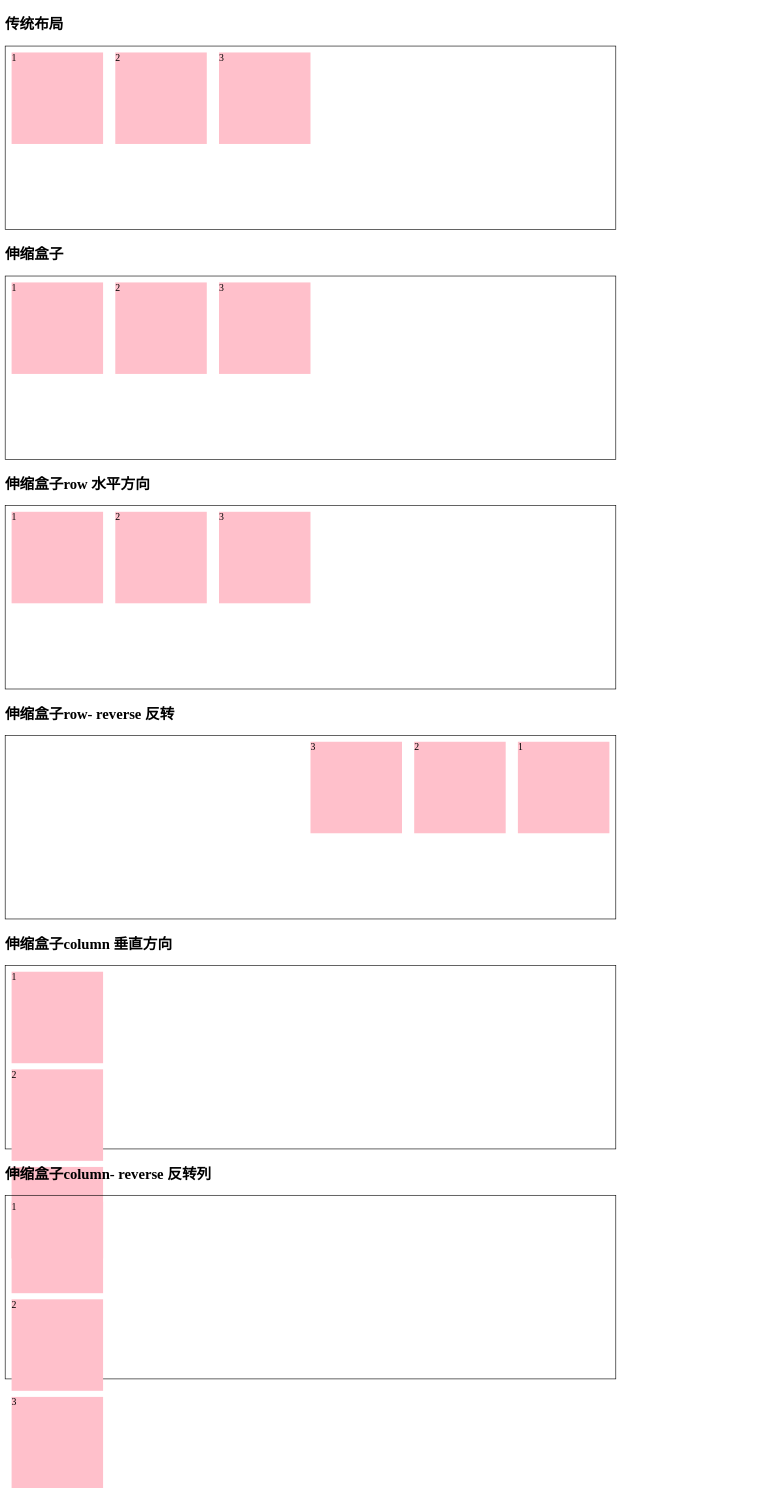
Repository: liuxi0811/web-demo
Page: 伸缩布局.html
These files come from the project's save history. The page is drawn as it stood at one moment and after the next save; the edit follows.
The browser window is 1280 px wide. The pictures show the whole page, at 61% of full size.

Above is the page before, as saved 2020-12-03 18:17:46.

After the next save:
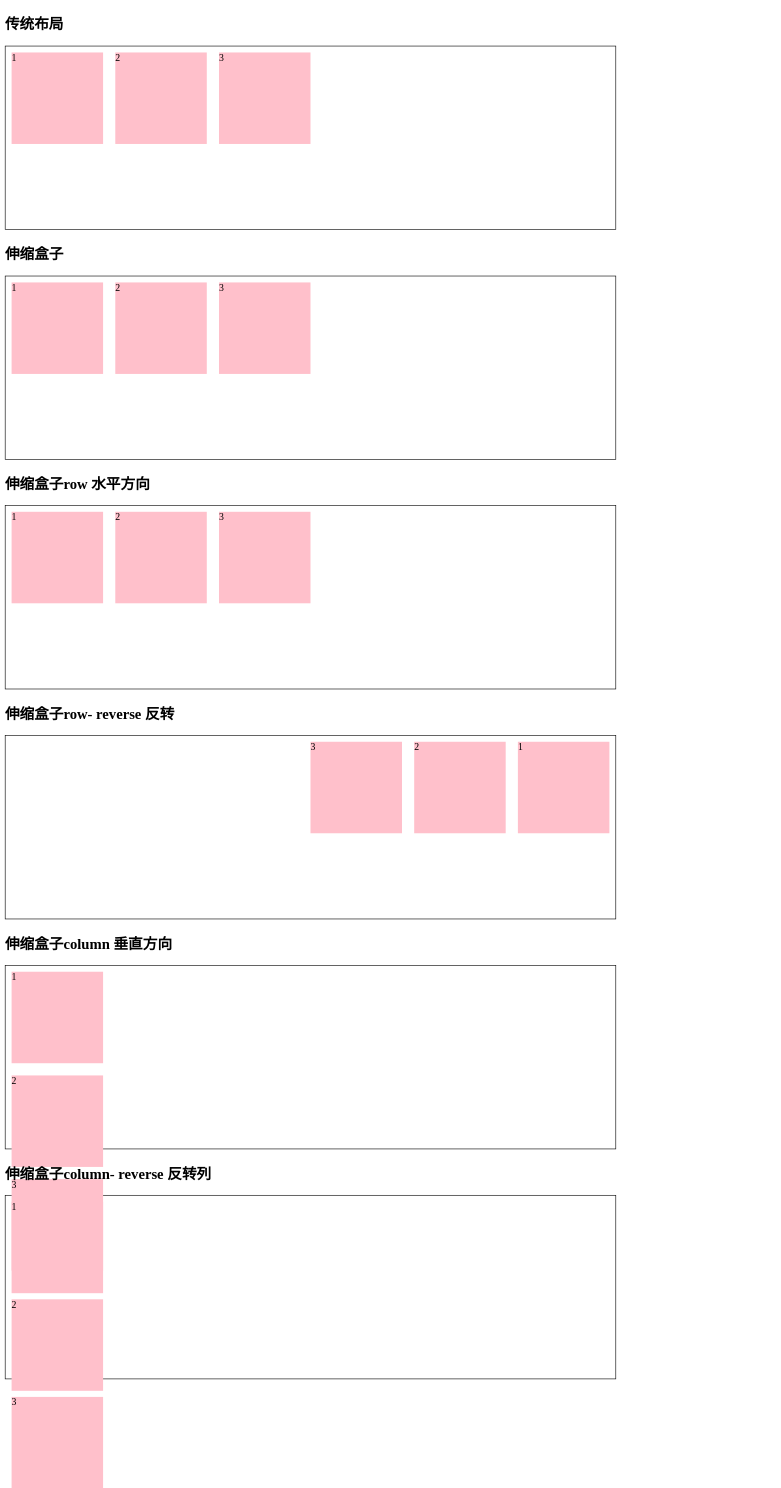
Saved 41 s later.
--- a/伸缩布局.html
+++ b/伸缩布局.html
@@ -47,7 +47,7 @@
             display: flex;
             flex-direction:row-reverse;
         }
-        section:nth-child(5)ul{
+        section:nth-child(5) ul{
             display: flex;
             flex-direction:column;
         }
